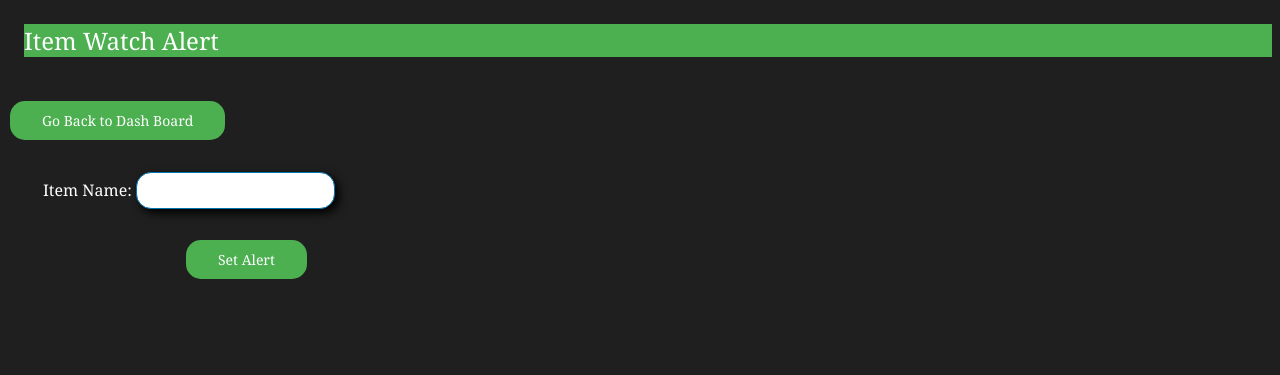
Repository: JephteyAdolphe/auction-system
Page: http://localhost/project/create_watching_alert.jsp
The author's editor kept a copy of each file at every save. The page is drawn from the files as they stood at one save, then again after the next save.
The browser window is 1280 px wide. The pictures show the whole page.
The page is served by Tomcat 10.

Above is the page before, as saved 2021-04-23 07:09:19.

After the next save:
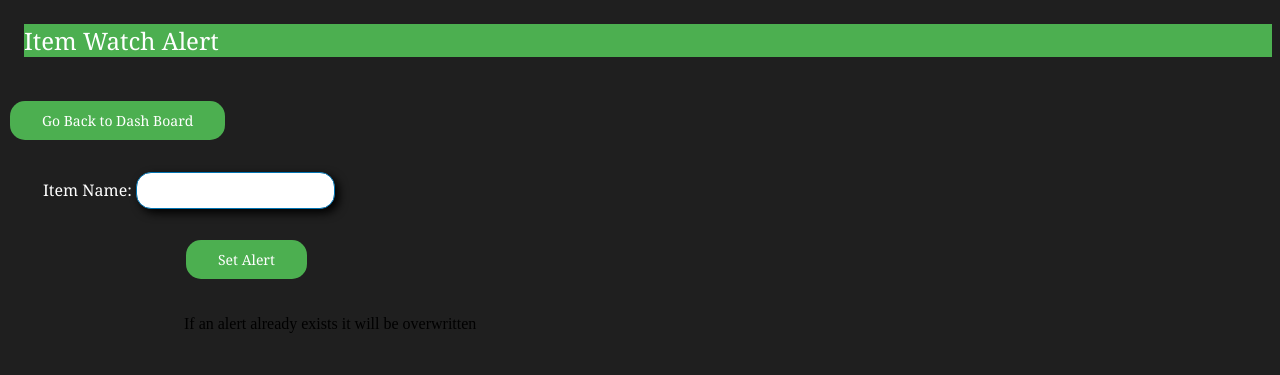
Saved 113 s later.
--- a/project/WebContent/create_watching_alert.jsp
+++ b/project/WebContent/create_watching_alert.jsp
@@ -34,6 +34,7 @@
 			</div>
 			<div class="submit">
 			<input type="submit" value="Set Alert">
+			<p>If an alert already exists it will be overwritten</p>
 			</div>
 		</form>
 	<br>

After the save that followed:
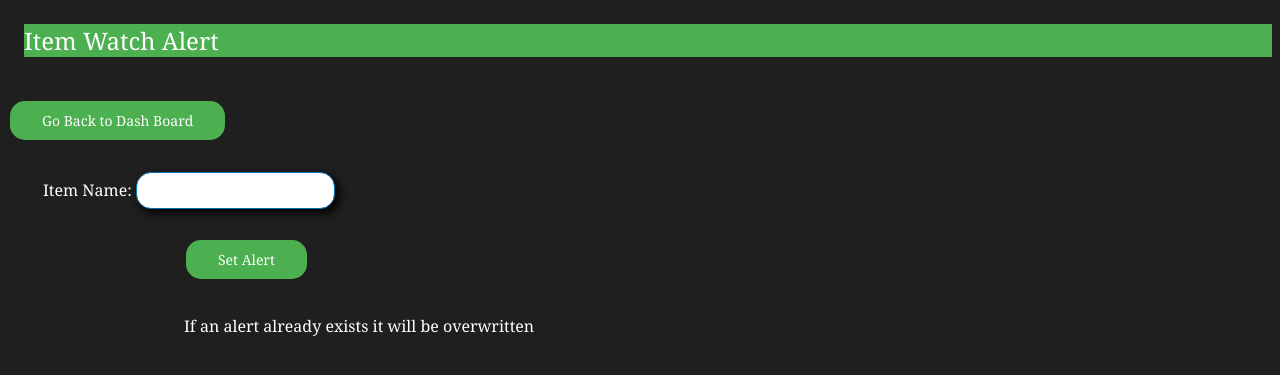
Saved 62 s later.
--- a/project/WebContent/create_watching_alert.jsp
+++ b/project/WebContent/create_watching_alert.jsp
@@ -34,7 +34,7 @@
 			</div>
 			<div class="submit">
 			<input type="submit" value="Set Alert">
-			<p>If an alert already exists it will be overwritten</p>
+			<p style="font-family:georgia,garamond,serif;font-size:16px;color:white;">If an alert already exists it will be overwritten</p>
 			</div>
 		</form>
 	<br>
